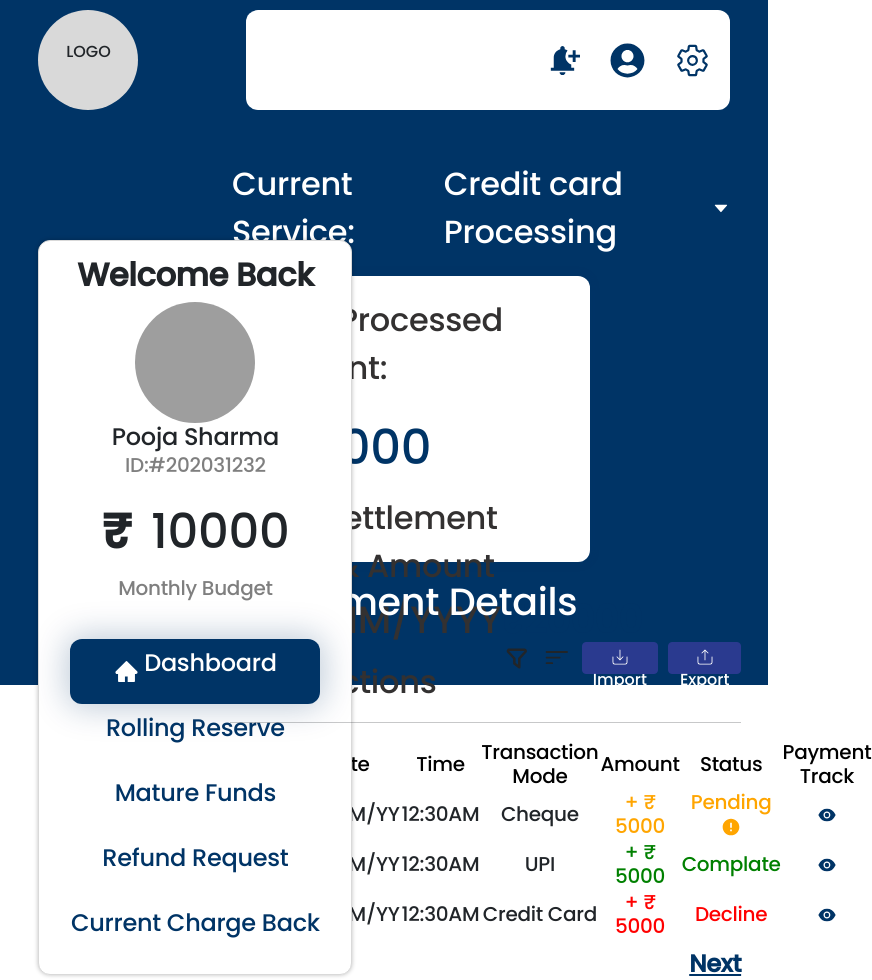
Repository: FlyweisReact/Prashant
Page: /dashboard
The author's editor kept a copy of each file at every save. The page is drawn from the files as they stood at one save, then again after the next save.
The browser window is 768 px wide. The page is 872 px wide, so the pictures cover 872 px, including what lies to the right of the window. The pictures show the whole page.
Pictures or frames that could not be fetched are drawn as grey boxes. Some web libraries are served in a nearby version. The project was rebuilt for these pictures with package versions that can differ from the ones it lists, and the page was loaded fresh each time. Also part of the build but not shown: src/Pages/CryptoPayment.jsx, src/Pages/CurrentCharge.jsx, src/Styles/Login.module.css, src/Components/Login/LoginFirstSection.jsx, src/Components/Login/LoginMainSection.jsx, src/Pages/Login.jsx, src/Pages/MatureFund.jsx, src/Pages/OpenBanking.jsx and 12 more.

Above is the page before, as saved 2023-03-23 16:43:23.

### public/index.html
<!DOCTYPE html>
<html lang="en">
  <head>
    <meta charset="utf-8" />
    <link rel="icon" href="%PUBLIC_URL%/favicon.ico" />
    <meta name="viewport" content="width=device-width, initial-scale=1" />
    <meta name="theme-color" content="#000000" />
    <meta
      name="description"
      content="Web site created using create-react-app"
    />
    <link rel="apple-touch-icon" href="%PUBLIC_URL%/logo192.png" />
    <link rel="manifest" href="%PUBLIC_URL%/manifest.json" />
    <title>React App</title>
  </head>
  <body>
    <noscript>You need to enable JavaScript to run this app.</noscript>
    <div id="root"></div>
  </body>
  <style>
    @import url("https://fonts.googleapis.com/css2?family=Lilita+One&family=PT+Sans&family=Poppins:wght@500&display=swap");
  </style>
  <script src="https://kit.fontawesome.com/b533b351e4.js" crossorigin="anonymous"></script>
</html>

### src/App.css
/** @format */

.App {
  text-align: center;
}

.App-logo {
  height: 40vmin;
  pointer-events: none;
}
.font-poppins {
  font-family: "Poppins";
}

@media (prefers-reduced-motion: no-preference) {
  .App-logo {
    animation: App-logo-spin infinite 20s linear;
  }
}

.App-header {
  background-color: #282c34;
  min-height: 100vh;
  display: flex;
  flex-direction: column;
  align-items: center;
  justify-content: center;
  font-size: calc(10px + 2vmin);
  color: white;
}

.App-link {
  color: #61dafb;
}

@keyframes App-logo-spin {
  from {
    transform: rotate(0deg);
  }
  to {
    transform: rotate(360deg);
  }
}

/* Media Query */
@media (max-width: 780px) {
  .Login_MainDiv__AWrd2 {
    display: block !important;
  }
  .Login_MainDiv__AWrd2 > div {
    width: 100% !important;
    height: 700px !important;
  }
  .Login_LoginMainSection__Yyq5T > div {
    width: 100% !important;
    border-radius: 0px !important;
    box-shadow: none !important;
  }

  .Register_RegisterMainDiv__Hok-C {
    display: block !important;
    width: 100% !important;
  }

  .Register_RegisterFirstSection__0bCb6 > p {
    text-align: center;
    display: block;
    width: 500px;
  }

  .myHr {
    max-width: 400px !important;
    margin: auto !important;
    display: block !important;
  }
  .smallImage {
    width: 100% !important;
  }
  .Register_RegisterMainDiv__Hok-C > div:first-child {
    width: 100% !important;
  }
  .Register_RegisterMainDiv__Hok-C > div:last-child {
    width: 100% !important;
  }
  .Register_InputBoxMain__6Dvtf {
    margin-left: 60px;
  }

  .Register_RegisterTitle__dGsqQ {
    justify-content: center;
  }

  .RegisterTwo_RegisterMainDiv__Oc9\+U {
    display: block !important;
  }
  .RegisterTwo_RegisterMainDiv__Oc9\+U > div:first-child {
    width: 100% !important;
  }

  .RegisterTwo_RegisterMainDiv__Oc9\+U > div:last-child {
    width: 100% !important;
  }

}

### src/Routes/AllRoutes.jsx
import React from "react";
import { Route, Routes } from "react-router-dom";
import { CryptoPayment } from "../Pages/CryptoPayment";
import { CurrentCharge } from "../Pages/CurrentCharge";
import { Dashboard } from "../Pages/Dashboard";
import { Login } from "../Pages/Login";
import { MatureFund } from "../Pages/MatureFund";
import { OpenBanking } from "../Pages/OpenBanking";
import { OtpPage } from "../Pages/OtpPage";
import { Profile } from "../Pages/Profile";
import { RefundRequest } from "../Pages/RefundRequest";
import { Register } from "../Pages/Register";
import { RegisterTwo } from "../Pages/RegisterTwo";
import { RollingReserve } from "../Pages/RollingReserve";

export const AllRoutes = () => {
  return (
    <Routes>
      <Route path="/" element={<Login />} />
      <Route path="/verify-otp" element={<OtpPage />} />
      <Route path="/dashboard" element={<Dashboard />} />
      <Route path="/register" element={<Register />} />
      <Route path="/detail-register" element={<RegisterTwo />} />
      <Route path="/profile" element={<Profile />} />
      <Route path="/rolling-reserve" element={<RollingReserve />} />
      <Route path="/mature-fund" element={<MatureFund />} />
      <Route path="/refund-request" element={<RefundRequest />} />
      <Route path="/current-charge" element={<CurrentCharge />} />
      <Route path="open-banking-service" element={<OpenBanking />} />
      <Route path="/crypto-payment-proccessing" element={<CryptoPayment />} />
    </Routes>
  );
};

### src/Components/Dashboard/UserInfoPopUp.jsx
/** @format */

import React, { useState } from "react";
import styles from "../../Styles/Dashboard.module.css";
import { MdNotificationAdd } from "react-icons/md";
import { FaUserCircle } from "react-icons/fa";
import { IoSettingsOutline } from "react-icons/io5";
import { useNavigate } from "react-router-dom";
import { NotificationModal } from "../Notification/NotificationModal";

export const UserInfoPopUp = () => {


  const [openModal, setOpenModal] = useState(false);
  const navigate = useNavigate();
  const HandleModal = () => {
    setOpenModal(!openModal);
  };
  return (
    <>
      <div className={styles.logoSection}>
        <div onClick={() => navigate("/dashboard")} className={styles.Logo}>
          <p>LOGO</p>
        </div>
        <NotificationModal openModal={openModal} HandleModal={HandleModal} />

        <div className={styles.InfoPanel}>
          <div>
            <MdNotificationAdd
              size={35}
              color="#003466"
              style={{ cursor: "pointer" }}
              onClick={HandleModal}
            />
            <FaUserCircle
              size={35}
              color="#003466"
              style={{ cursor: "pointer" }}
              onClick={() => navigate("/profile")}
            />
            <IoSettingsOutline
              size={35}
              color="#003466"
              style={{ cursor: "pointer" }}
            />
          </div>
        </div>
      </div>
    </>
  );
};

### src/Components/SideBar.jsx
import React from "react";
import { AiFillHome } from "react-icons/ai";
import { Link, useLocation } from "react-router-dom";
import styles from "../Styles/SideBar.module.css";
export const SideBar = () => {
  const { pathname } = useLocation();
  return (
    <div className={styles.SideBarMain}>
      <h1>Welcome Back</h1>
      <div>
        <div>
          <img
            src="https://th.bing.com/th/id/OIP.2i5UaEHaQM3PYAYXQyM1AAAAAA?pid=ImgDet&rs=1"
            alt="img"
          />
          <h1>Pooja Sharma</h1>
          <p>ID:#202031232</p>
          <div className={styles.TotalBudgetDiv}>
            <h1>&#x20b9;</h1>
            <h1>10000</h1>
          </div>
          <p>Monthly Budget</p>
        </div>
      </div>
      <div className={styles.LinkBox}>
        <Link to={"/dashboard"}>
          <div
            className={
              pathname === "/dashboard" ? styles.active : styles.unactive
            }
          >
            <AiFillHome size={25} />
            <p>Dashboard</p>
          </div>
        </Link>
        <Link to={"/rolling-reserve"}>
          <div
            className={
              pathname === "/rolling-reserve" ? styles.active : styles.unactive
            }
          >
            <p>Rolling Reserve</p>
          </div>
        </Link>
        <Link to={"/mature-fund"}>
          <div
            className={
              pathname === "/mature-fund" ? styles.active : styles.unactive
            }
          >
            <p>Mature Funds</p>
          </div>
        </Link>
        <Link to={"/refund-request"}>
          <div
            className={
              pathname === "/refund-request" ? styles.active : styles.unactive
            }
          >
            <p>Refund Request</p>
          </div>
        </Link>
        <Link to={"/current-charge"}>
          <div
            className={
              pathname === "/current-charge" ? styles.active : styles.unactive
            }
          >
            <p>Current Charge Back</p>
          </div>
        </Link>
      </div>
    </div>
  );
};

### src/Components/TotalAmountSection.jsx
import React from "react";
import styles from "../Styles/TotalAmountSection.module.css";
export const TotalAmountSection = () => {
  return (
    <div className={styles.MainDiv}>
      <h1>Total Processed Amount:</h1>
      <div className={styles.TotalBudgetDiv}>
        <h1>&#x20b9;</h1>
        <h1>10000</h1>
      </div>
      <h1>Last Settlement Date & Amount</h1>
      <div className={styles.DateSection}>
        <div>
          <p>DD/MM/YYYY</p>
          <h2>&#x20b9;{20000}</h2>
        </div>
      </div>
    </div>
  );
};

### src/Styles/Dashboard.module.css
/** @format */

.Main {
  width: 100%;
  height: 685px;
  background: #003466;
  position: relative;
}
.topDiv {
  width: 90%;
  margin: auto;
}
.logoSection {
  width: 100%;
  display: flex;
  align-items: center;
  justify-content: space-between;
}
.Logo {
  display: flex;
  cursor: pointer;
  justify-content: center;
  align-items: center;
  width: 135px;
  height: 135px;
  margin-top: 63px;
  background: #d9d9d9;
  border-radius: 50%;
}

.InfoPanel {
  margin-top: 63px;
  width: 85%;
  height: 129px;
  background: #ffffff;
  border-radius: 12px;
  display: flex;
  justify-content: flex-end;
  align-items: center;
}
.InfoPanel > div {
  display: flex;
  gap: 30px;
  margin: 20px;
}
.TotalAmountMainDiv {
  width: 100%;
  height: 500px;
  display: flex;
  justify-content: flex-end;
}
.TotalAmountMainDiv > div > p {
  font-family: "Poppins";
  font-style: normal;
  font-weight: 500;
  font-size: 38px;
  line-height: 60px;
  /* identical to box height */
  margin-top: 10px;
  letter-spacing: -0.28px;
  color: #ffffff;
}
.TotalAmountMainDiv > div {
  width: 72%;
  margin-top: 50px;
}
.TotalAmountMainDiv > div > div > p,
.TotalAmountMainDiv > div > div > div > p {
  font-family: "Poppins";
  font-style: normal;
  font-weight: 500;
  font-size: 32px;
  line-height: 48px;
  /* identical to box height */
  margin: 0;
  letter-spacing: -0.28px;

  color: #ffffff;
}
.TotalAmountMainDiv > div > div {
  display: flex;
  gap: 30px;
}
.TotalAmountMainDiv > div > div > div {
  display: flex;
  align-items: center;
  gap: 10px;
}
.TableMainSection {
  display: flex;
  justify-content: flex-end;
}
.TableMainSection > div {
  width: 70%;
}
.TableMainSection > div > div {
  width: 95%;
}
.TableTitle {
  display: flex;
  align-items: center;
  justify-content: space-between;
}
.TableTitle > h1 {
  font-family: "Poppins";
  font-style: normal;
  font-weight: 500;
  font-size: 32px;
  line-height: 48px;
  /* identical to box height */
  margin: 0;
  letter-spacing: -0.28px;

  color: #333131;
}
.TableTitle > div {
  display: flex;
  align-items: center;
  gap: 10px;
}
.TableTitle > div > button {
  /* width: 80px; */
  height: 32px;
  background: #2a3a8f;
  border: 1px solid #2a3a8f;
  border-radius: 4px;
  color: white;
  font-family: "Poppins";
  font-style: normal;
  font-weight: 400;
  font-size: 16px;
  cursor: pointer;
  line-height: 24px;
  /* margin: 0; */
}
.TableDiv {
  width: 100%;
}
.TableDiv > table {
  width: 100%;
}
.TableDiv > table tr th {
  text-align: center;

  font-family: "Poppins";
  font-style: normal;
  font-weight: 500;
  font-size: 20px;
  line-height: 24px;
  letter-spacing: -0.28px;

  color: #000000;
}
.TableDiv > table tr td {
  height: 40px;
  text-align: center;
  font-family: "Poppins";
  font-style: normal;
  font-weight: 400;
  font-size: 20px;
  line-height: 24px;
  letter-spacing: -0.28px;

  /* color: #272727; */
}
.pending {
  color: orange;
}
.decline {
  color: red;
}
.complate {
  color: green;
}
.NextLink {
  display: flex;
  justify-content: flex-end;
}
.NextLink > a {
  font-family: "Poppins";
  font-style: normal;
  font-weight: 600;
  font-size: 24px;
  line-height: 30px;
  /* identical to box height */
  margin-top: 10px;
  letter-spacing: -0.28px;
  text-decoration-line: underline;

  color: #003466;
}

@media (max-width: 780px) {
  .Logo {
    width: 100px;
    height: 100px;
    margin-top: 10px;
  }
  .InfoPanel{
    margin-top: 10px;
    width: 70%;
    height: 100px;
  }
}

### src/Components/CardProccessingModal.jsx
import React from "react";
import { MdOutlineClose } from "react-icons/md";
import { Link } from "react-router-dom";
import styles from "../Styles/CardProccessingModal.module.css";
export const CardProccessingModal = ({ OpenModal, HandleModal }) => {
  console.log(OpenModal);
  return (
    <div className={OpenModal ? styles.modalVisible : styles.modal}>
      <div className={styles.ModalMainDiv}>
        <MdOutlineClose
          onClick={() => HandleModal()}
          size={25}
          className={styles.CloseICon}
        />
        <div>
          <Link to={""}>Credit Card Processing</Link>
          <hr />
          <Link to={"/open-banking-service"}>Open Banking Service</Link>
          <hr />
          <Link to={"/crypto-payment-proccessing"}>
            Crypto payment processing
          </Link>
        </div>
      </div>
    </div>
  );
};

### src/Components/Notification/NotificationModal.jsx
import React from "react";
import { AiOutlineClose } from "react-icons/ai";
import styles from "../../Styles/Notification.module.css";
import { BsThreeDotsVertical } from "react-icons/bs";
export const NotificationModal = ({ openModal, HandleModal }) => {
  const data = [
    {
      img: "https://th.bing.com/th/id/OIP.2i5UaEHaQM3PYAYXQyM1AAAAAA?pid=ImgDet&rs=1",
      title: "Morem ipsum dolor sit amet, consectetur adipiscing elit.",
      desc: "Morem ipsum dolor sit amet, consectetur .",
      day: "yesterday",
      time: "10:30 AM",
    },
    {
      img: "https://th.bing.com/th/id/OIP.2i5UaEHaQM3PYAYXQyM1AAAAAA?pid=ImgDet&rs=1",
      title: "Morem ipsum dolor sit amet, consectetur adipiscing elit.",
      desc: "Morem ipsum dolor sit amet, consectetur .",
      day: "yesterday",
      time: "10:30 AM",
    },
    {
      img: "https://th.bing.com/th/id/OIP.2i5UaEHaQM3PYAYXQyM1AAAAAA?pid=ImgDet&rs=1",
      title: "Morem ipsum dolor sit amet, consectetur adipiscing elit.",
      desc: "Morem ipsum dolor sit amet, consectetur .",
      day: "yesterday",
      time: "10:30 AM",
    },
  ];
  return (
    <div className={openModal ? styles.modalVisible : styles.modal}>
      <div className={styles.ModalMainDiv}>
        <AiOutlineClose
          onClick={HandleModal}
          size={25}
          className={styles.CloseIcon}
        />
        <div className={styles.titleDiv}>
          <h1>Notification</h1>
          <BsThreeDotsVertical size={25} />
        </div>
        <hr style={{ height: "3px", background: "black" }} />
        <p>Today's</p>
        {data.map((ele) => (
          <>
            <div className={styles.NotificationDiv}>
              <div>
                <img src={ele.img} alt="img" />
              </div>
              <div>
                <h1>{ele.title}</h1>
                <p>{ele.desc}</p>
                <div>
                  <p>{ele.day}</p>
                  <span className={styles.Time}>{ele.time}</span>
                </div>
              </div>
            </div>
            <hr style={{ height: "2px", background: "grey" }} />
          </>
        ))}
      </div>
    </div>
  );
};

### src/Styles/SideBar.module.css
.SideBarMain{
    position: absolute;
    width: 314px;
/* height: 789px; */
left: 25%px;
top: 35%;
background: #FFFFFF;
border: 1px solid #D9D9D9;
box-shadow: 0px 0px 4px rgba(0, 0, 0, 0.25);
border-radius: 12px;
padding: 10px;
}
.SideBarMain>h1{
    text-align: center;
    font-family: 'Poppins';
font-style: normal;
font-weight: 700;
font-size: 32px;
margin-top: 5px;
letter-spacing: -0.28px;
}
.SideBarMain>div{
    width: 100%;
    display: flex;
    align-items: center;
    justify-content: center;
}
.SideBarMain>div>div{
    text-align: center;
}
.SideBarMain>div>div>img{
    width: 120px;
height: 121px;
    border-radius: 50%;
}
.SideBarMain>div>div>h1{
    font-family: 'Poppins';
font-style: normal;
font-weight: 500;
font-size: 24px;
letter-spacing: -0.28px;
}
.SideBarMain>div>div>p{
    font-family: 'Poppins';
font-style: normal;
margin-top: -10px;
font-weight: 300;
font-size: 20px;
line-height: 30px;
letter-spacing: -0.28px;
color: rgba(0, 0, 0, 0.5);
}
.TotalBudgetDiv{
    display: flex;
    align-items: center;
    gap: 20px;
    margin: 15px;
}
.TotalBudgetDiv>h1:first-child{
    font-family: 'Poppins';
font-style: normal;
font-weight: 700;
font-size: 48px;
line-height: 72px;
letter-spacing: -0.28px;
}
.TotalBudgetDiv>h1{
    font-family: 'Poppins';
    font-style: normal;
    font-weight: 500;
    font-size: 48px;
    line-height: 72px;
    margin: 0;
    letter-spacing: -0.28px;
}
.LinkBox{
    display: flex;
    flex-direction: column;
    margin-top: 20px;
}
.LinkBox>a{
    text-decoration: none;
}
.active{
    width: 250px;
    height: 65px;
    padding-left: 10px;
    padding-right: 10px;
    background: #003466;
    box-shadow: 0px 0px 32px 4px rgba(0, 52, 102, 0.25);
    border-radius: 12px;
    display: flex;
    color: white;
    justify-content: center;
    align-items: center;
    gap: 5px;

}
.unactive{
    width: 250px;
    height: 65px;
    display: flex;

    color:#003466;
    justify-content: center;
    align-items: center;
    gap: 5px;
}
.unactive,.active >p{
    font-family: 'Poppins';
font-style: normal;
font-weight: 500;
font-size: 24px;
line-height: 36px;
letter-spacing: -0.28px;
}

### src/Styles/TotalAmountSection.module.css
.MainDiv{
    display:flex;
    flex-direction: column;
    margin-top: 20px;
    width: 72%;
height: 286px;
background: #FFFFFF;
box-shadow: 0px 0px 10px rgba(0, 52, 102, 0.3);
border-radius: 12px;
}
.MainDiv>h1{
    font-family: 'Poppins';
    font-style: normal;
    font-weight: 500;
    font-size: 32px;
    line-height: 48px;
    letter-spacing: -0.28px;
    color: #333131;
    margin: 20px;
}
.TotalBudgetDiv{
    display: flex;
    align-items: center;
    gap: 30px;
    margin-left: 20px;
  margin-top: -30px;
  margin-bottom: -40px;
}
.TotalBudgetDiv>h1:first-child{
    font-family: 'Poppins';
font-style: normal;
font-weight: 700;
margin: 0;
font-size: 50px;
line-height: 72px;
letter-spacing: -0.28px;
color: #003466;
}
.TotalBudgetDiv>h1{
    font-family: 'Poppins';
    font-style: normal;
    font-weight: 500;
    font-size: 48px;
    line-height: 72px;
    margin: 0;
    letter-spacing: -0.28px;
    color: #003466;
}
.DateSection>div{
    width: 80%;
    margin-top: -50px;
    /* background-color: rebeccapurple; */
    display: flex;
    justify-content: space-between;
    align-items: center;
    margin-left: 20px;
}
.DateSection>div>p{
   font-family: 'Poppins';
font-style: normal;
font-weight: 500;
font-size: 38px;
line-height: 60px;
/* identical to box height */
margin: 0;
letter-spacing: -0.28px;
color: #333131;
}
.DateSection>div>h2{
    margin: 0;
    font-family: 'Poppins';
font-style: normal;
font-weight: 600;
font-size: 38px;
line-height: 60px;
letter-spacing: -0.28px;
color: #003466;
}

### src/Styles/CardProccessingModal.module.css
.modal{
    display: none;
  position: fixed;
  z-index: 1;
  left: 0%;
  top: 0;
  width: 100%;
  height: 100%;
  overflow: auto;
  background-color: rgb(0,0,0);
  background-color: rgba(0,0,0,0.4);
}
.modalVisible{
    display :block;
    position: fixed;
    z-index: 1;
    left: 0%;
    top: 0;
    width: 100%;
    height: 100%;
    /* margin-bottom: 20px; */
    overflow: auto;
    background-color: rgb(0,0,0);
    background-color: rgba(0,0,0,0.4);
}
.CloseICon{
    position: absolute;
    right: 3%;
    top: 5%;
    cursor: pointer;
}
.MainTitle{
    display: flex;
    border: 1px solid blue;
}
.ModalMainDiv{
    position:absolute;
    margin: auto;
    /* width: 435px; */
height: 221px;
background: #FFFFFF;
border-radius: 4px;

    top: 38%;
    left: 60%;

}
.ModalMainDiv>div{
    margin: 30px;
}
.ModalMainDiv>div>a{
    text-decoration: none;
    height: 50px;
    font-family: 'Poppins';
font-style: normal;
font-weight: 500;
font-size: 32px;
line-height: 40px;
letter-spacing: -0.28px;

color: #333333;
}

### src/Styles/Notification.module.css
.modal{
    display: none;
  position: fixed;
  z-index: 1;
  left: 0%;
  top: 0;
  width: 100%;
  height: 100%;
  overflow: auto;
  background-color: rgb(0,0,0);
  background-color: rgba(0,0,0,0.4);
}
.modalVisible{
    display :block;
    position: fixed;
    z-index: 1;
    left: 0%;
    top: 0;
    width: 100%;
    height: 100%;
    overflow: auto;
    background-color: rgb(0,0,0);
    background-color: rgba(0,0,0,0.4);
}
.ModalMainDiv{
    position:absolute;
    margin: auto;
    top: 20%;
    right: 15%;
    padding: 30px;
    width: 519px;
/* height: 811px; */
background: #FFFFFF;


}

.CloseIcon{

    position: absolute;
    right: 2%;
    top: 2%;
    cursor: pointer;
}

.ModalMainDiv>button{
height: 64px;
display: block;
width: 360px;
margin: auto;
margin-top: 50px;
background: #2A3A8F;
border-radius: 16px;
border: none;
font-family: 'Poppins';
font-style: normal;
font-weight: 700;
font-size: 20px;
line-height: 30px;
cursor: pointer;
color: white;
}

.titleDiv{
    margin-top: 5px;
    display: flex;
    align-items: center;
    justify-content: space-between;
}
.titleDiv>h1{

font-family: 'Poppins';
font-style: normal;
font-weight: 500;
font-size: 24px;
line-height: 18px;
letter-spacing: -0.28px;
color: #000000;
}
.ModalMainDiv>p{
    font-family: 'Poppins';
font-style: normal;
font-weight: 500;
font-size: 20px;
line-height: 18px;
letter-spacing: -0.28px;
color: #000000;

}
.NotificationDiv{
    display: flex;
align-items: center;
gap: 20px;
}
.NotificationDiv>div>img{
    width: 60px;
height: 60px;
border-radius: 50%;
}
.NotificationDiv>div>h1{
    font-family: 'Poppins';
font-style: normal;
font-weight: 400;
font-size: 16px;
line-height: 18px;
letter-spacing: -0.28px;
width: 70%;
}
.NotificationDiv>div>p{
    font-family: 'Poppins';
font-style: normal;
font-weight: 300;
font-size: 10px;
line-height: 18px;
letter-spacing: -0.28px;

color: rgba(0, 0, 0, 0.5);
}
.NotificationDiv>div>div{
    display: flex;
    justify-content: space-between;
    align-items: center;
}
.NotificationDiv>div>div>p{
    font-family: 'Poppins';
font-style: normal;
font-weight: 400;
font-size: 12px;
line-height: 18px;
letter-spacing: -0.28px;
margin: 0;
color: rgba(0, 0, 0, 0.5);
}
.Time{
    font-family: 'Poppins';
    font-style: normal;
    font-weight: 400;
    font-size: 12px;
    line-height: 18px;
    letter-spacing: -0.28px;
    color:  #003466;
}

Loaded but not shown: src/index.css (common file); src/reportWebVitals.js (common file); src/index.js (18 lines, source omitted); src/App.js (13 lines, source omitted); src/Pages/Dashboard.jsx (184 lines, source omitted); src/Components/PaymentPendingModal.jsx (96 lines, source omitted); src/Styles/PaymentPendingModal.module.css (195 lines, source omitted); src/Styles/DeclineModal.module.css (195 lines, source omitted); src/Components/DeclineModal.jsx (90 lines, source omitted)

After the next save:
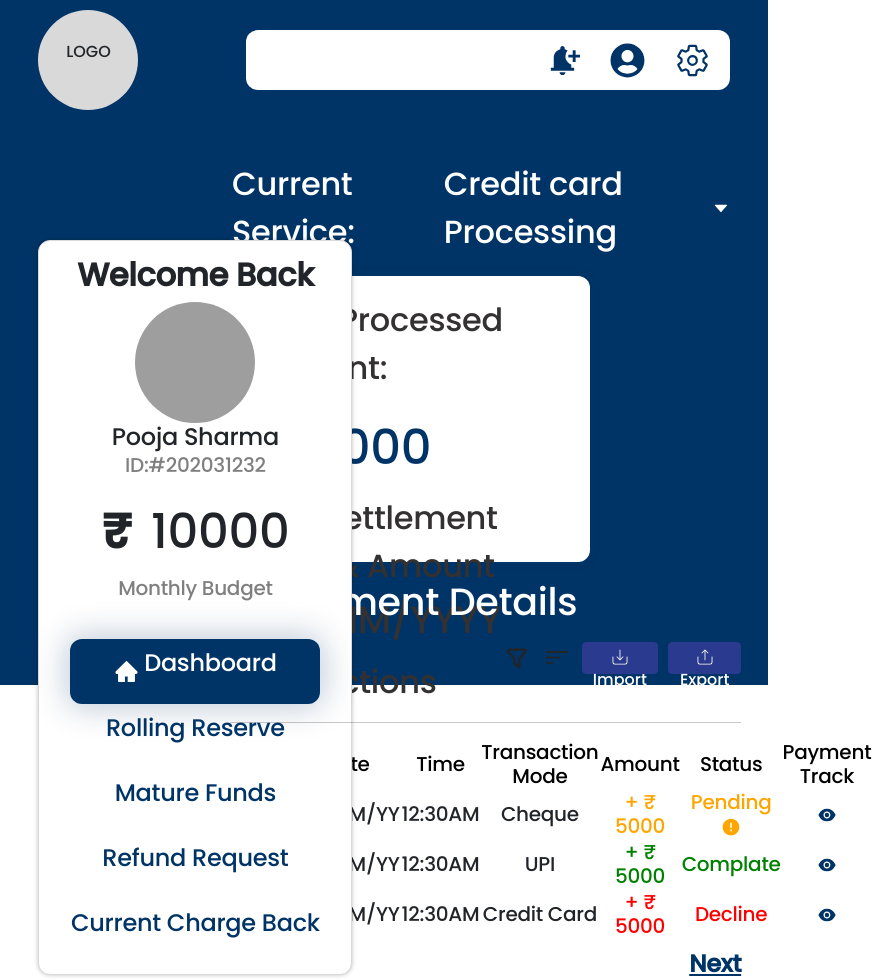
Saved 5 s later.
--- a/src/Styles/Dashboard.module.css
+++ b/src/Styles/Dashboard.module.css
@@ -199,6 +199,6 @@
   .InfoPanel{
     margin-top: 10px;
     width: 70%;
-    height: 100px;
+    height: 60px;
   }
 }
